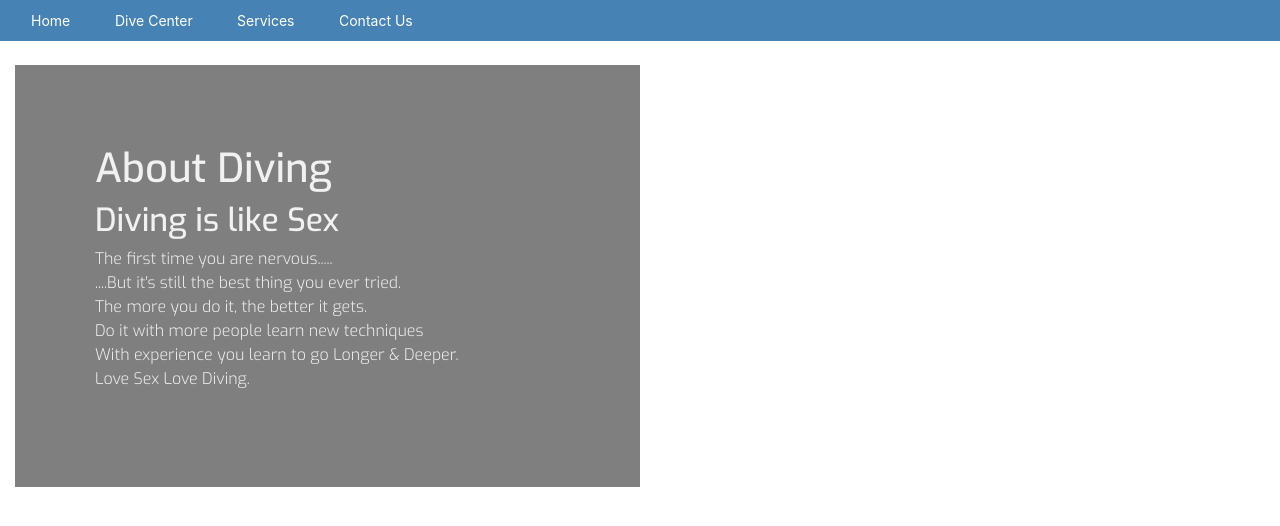
Repository: Code-Institute-Submissions/cathyann-diving.github.io
Page: home.html
The author's editor kept a record of every edit. The page is drawn from the files as they stood at one moment, then again after the next edit.
The browser window is 1280 px wide. The pictures show the whole page.

Above is the page before.

After the next edit:
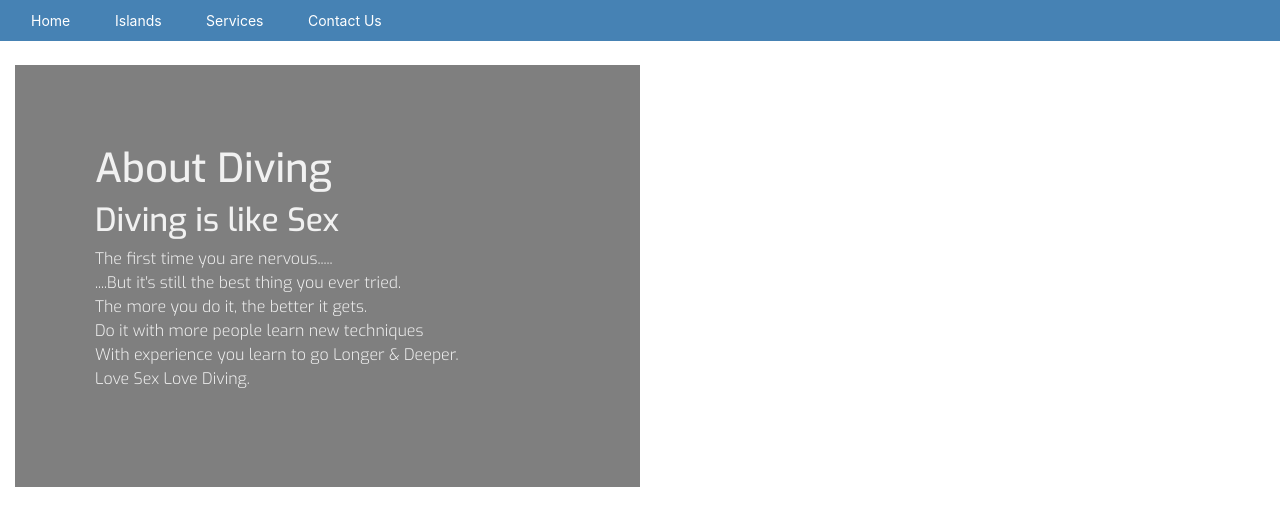
The edit:
--- a/home.html
+++ b/home.html
@@ -19,8 +19,8 @@
                 <li class="ui-menu-color-home list-inline-item">
                     <a href="#" class="hvr-sweep-to-bottom"><span>Home</span></a>
                 </li>
-                <li class="ui-menu-color-dive-center list-inline-item">
-                    <a href="#" class="hvr-sweep-to-bottom"><span>Dive Center</span></a>
+                <li class="ui-menu-color-islands list-inline-item">
+                    <a href="#" class="hvr-sweep-to-bottom"><span>Islands</span></a>
                 </li>
                 <li class="ui-menu-color-services list-inline-item">
                     <a href="#" class="hvr-sweep-to-bottom"><span>Services</span></a>
